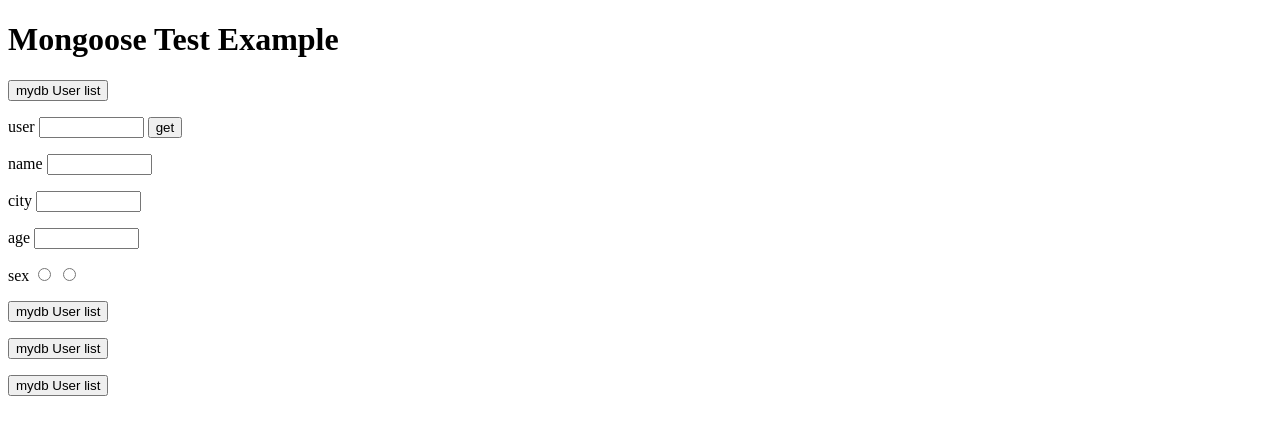
Repository: impelfin/anew
Page: http://localhost/
The author's editor kept a record of every edit. The page is drawn from the files as they stood at one moment, then again after the next edit.
The browser window is 1280 px wide. The pictures show the whole page.
The page is served by the project's Node server (node/mongos/app.js). Other server files are loaded and not shown.

Above is the page before.

### node/mongos/views/index.html
<!DOCTYPE html>
<html>
<head>
<meta charset="utf-8">
<title>Moongoose Module</title>
</head>
<body>
    <h1>Mongoose Test Example</h1>
    <form method='post' action=/insert name="mongoform">
        <input type='button' value="mydb User list" onclick='location.href="/list"'><p>
        user <input type='text' size='10' name='userid'>
        <input type='button' value="get" onclick='location.href="/get?input="+document.mongoform.userid.value'><p>
        name <input type='text' size='10' name='name'><p>
        city <input type='text' size='10' name='name'><p>
        age <input type='text' size='10' name='name'><p>
        sex <input type='radio' name='sex' value='male'>
            <input type='radio' name='sex' value='female'><p>
        <input type='button' value="mydb User list" onclick='location.href="/list"'><p>
        <input type='button' value="mydb User list" onclick='location.href="/list"'><p>
        <input type='button' value="mydb User list" onclick='location.href="/list"'><p>
    </form>
</body>
</html>

### node/mongos/app.js
const express = require('express');
const morgan = require('morgan');
const path = require('path');
const app = express();
const bodyParser = require('body-parser');
const cookieParser = require('cookie-parser');
const router = express.Router();

// view engine setup
app.set('port', process.env.PORT || 3000)

app.use(morgan('dev'));
app.use(bodyParser.json());
app.use(bodyParser.urlencoded({ extended: false }));
app.use(cookieParser());
app.use(express.static(path.join(__dirname, 'views')));

//mongoose configuration
const mongoose = require("mongoose")
mongoose.connect('mongodb://43.201.94.25:27017/mydb')

// routes setup
var main = require('./routes/main.js');
app.use('/', main);

app.listen(app.get('port'), () =>{
	console.log('3000 Port : 서버 실행 중')
});

After the next edit:
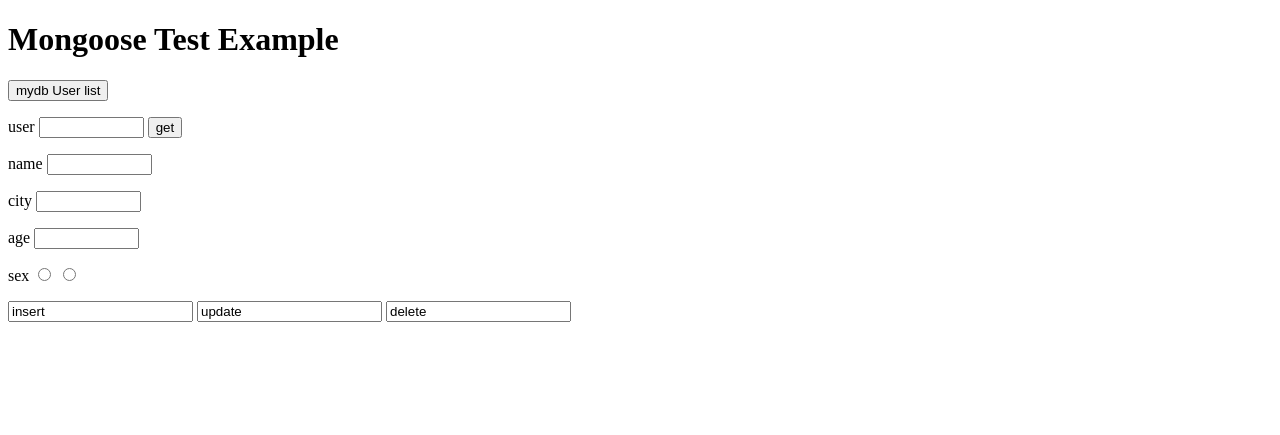
The edit:
--- a/node/mongos/views/index.html
+++ b/node/mongos/views/index.html
@@ -15,9 +15,9 @@
         age <input type='text' size='10' name='name'><p>
         sex <input type='radio' name='sex' value='male'>
             <input type='radio' name='sex' value='female'><p>
-        <input type='button' value="mydb User list" onclick='location.href="/list"'><p>
-        <input type='button' value="mydb User list" onclick='location.href="/list"'><p>
-        <input type='button' value="mydb User list" onclick='location.href="/list"'><p>
+        <input type='sumit' value="insert" onclick='this.form.action="/insert"'>
+        <input type='sumit' value="update" onclick='this.form.action="/update"'>
+        <input type='sumit' value="delete" onclick='this.form.action="/delete"'>
     </form>
 </body>
 </html>
